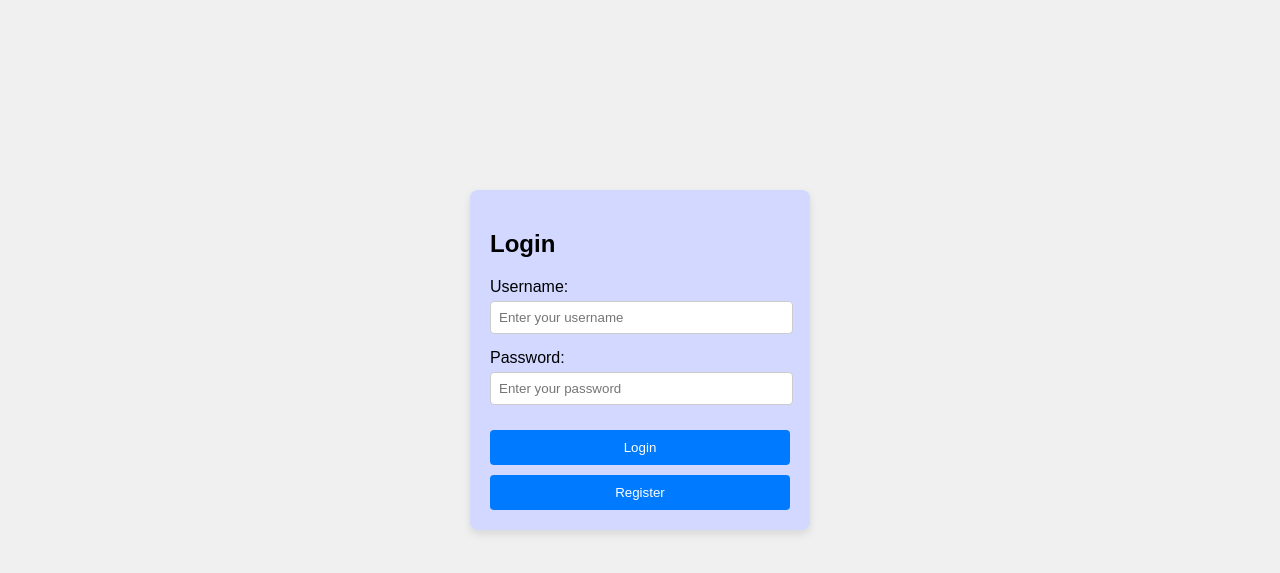
Repository: BAANANAAAA/DatabaseProject
Page: /login
These files come from the project's save history. The page is drawn as it stood at one moment and after the next save; the edit follows.
The browser window is 1280 px wide. The pictures show the whole page.
The project was rebuilt for these pictures with package versions that can differ from the ones it lists, and the page was loaded fresh each time. Also part of the build but not shown: src/components/MainFrame.css, src/components/MainFrame.jsx, src/components/UserProfile.jsx, src/components/ViewMessage.css, src/components/ViewMessage.jsx, src/components/SearchPage.jsx, src/components/Search.css, src/components/Search.jsx and 2 more.

Above is the page before, as saved 2024-05-13 10:24:34.

After the next save:
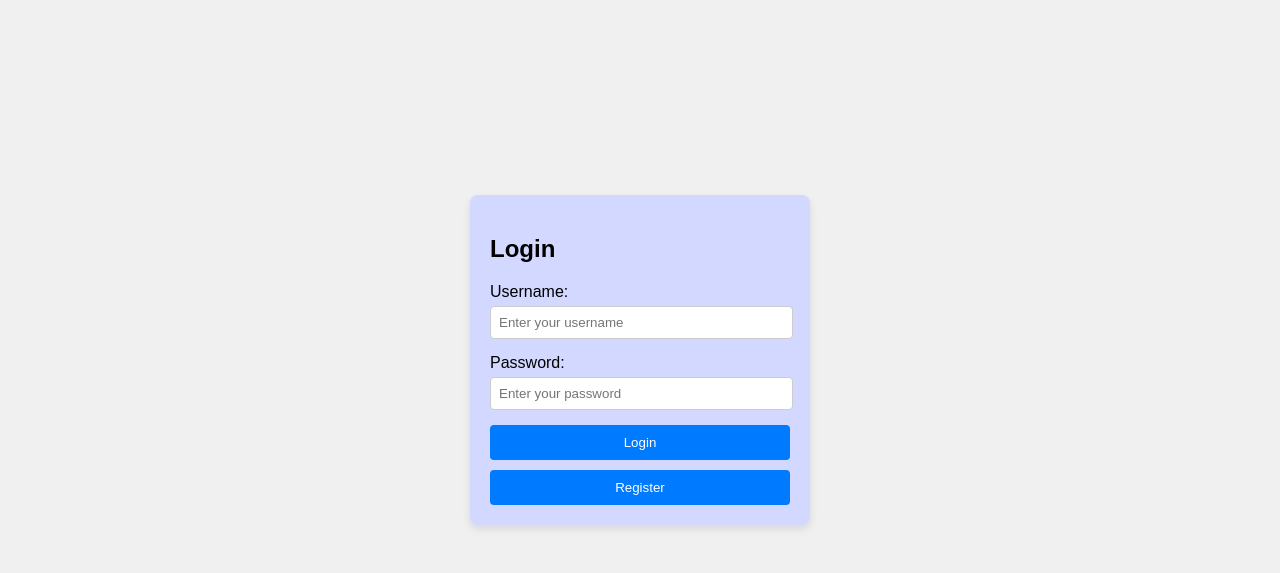
Saved 5 s later.
--- a/src/components/Login.css
+++ b/src/components/Login.css
@@ -69,7 +69,6 @@
 }
 
 .register-toggle,
-.login-button,
 .register-button {
   width: 100%;
   padding: 10px;
